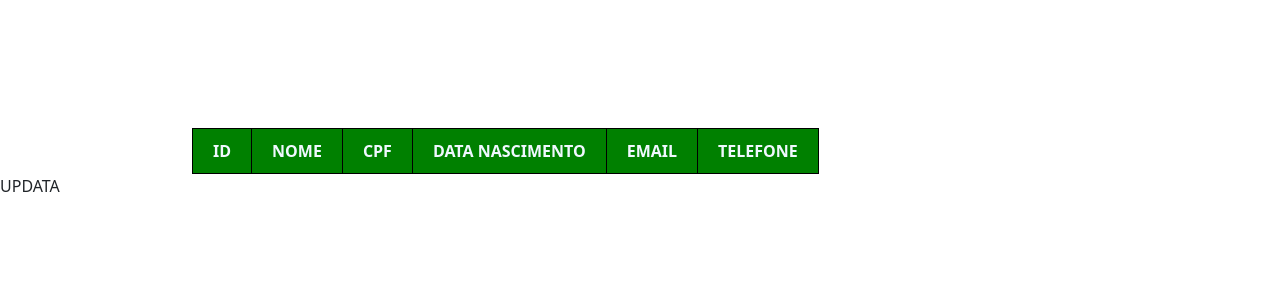
Repository: ujota/crud-cliente
Page: api-clientes/front/html/cliente.html
An editor plug-in stored every save of this project. The page is shown before and after the next save, followed by the edit.
The browser window is 1280 px wide. The pictures show the whole page.
The page's requests for data from a server got no answer.

Above is the page before, as saved 2022-10-03 19:21:38.

### api-clientes/front/html/cliente.html
<!DOCTYPE html>
<html lang="en">
<head>
    <meta charset="UTF-8">
    <meta http-equiv="X-UA-Compatible" content="IE=edge">
    <meta name="viewport" content="width=device-width, initial-scale=1.0">
    <title>Cliente</title>
    <link href="https://cdn.jsdelivr.net/npm/bootstrap@5.2.1/dist/css/bootstrap.min.css" rel="stylesheet" integrity="sha384-iYQeCzEYFbKjA/T2uDLTpkwGzCiq6soy8tYaI1GyVh/UjpbCx/TYkiZhlZB6+fzT" crossorigin="anonymous">
    <link rel="stylesheet" href="../css/cliente.css">
</head>
<body>
    <form action="#">
        <div id="body"></div>
		<div id="updata">UPDATA</div>
    </form>
</body>
    <script src="../scripts/cliente.js"></script>
    <script src="https://cdn.jsdelivr.net/npm/bootstrap@5.2.1/dist/js/bootstrap.bundle.min.js" integrity="sha384-u1OknCvxWvY5kfmNBILK2hRnQC3Pr17a+RTT6rIHI7NnikvbZlHgTPOOmMi466C8" crossorigin="anonymous"></script>
</html>

### api-clientes/front/css/cliente.css
table{
    margin-left:15%;
    margin-top: 10%;
    text-align: center;
    border-collapse: collapse;
    border-spacing: 0;
}
th{
    background-color: green;
    color: aliceblue;
}
th, td{
    text-transform: uppercase;
    border: 1px solid black;
    padding: 10px 20px;
}
td{
    background-color: azure;
}

### api-clientes/front/scripts/cliente.js
let table = document.createElement('table');


document.getElementById('body').appendChild(table);


let row_1 = document.createElement('tr');

let heading_1 = document.createElement('th');
heading_1.innerHTML = "ID";
let heading_2 = document.createElement('th');
heading_2.innerHTML = "Nome";
let heading_3 = document.createElement('th');
heading_3.innerHTML = "CPF";
let heading_4 = document.createElement('th');
heading_4.innerHTML = "Data Nascimento";
let heading_5 = document.createElement('th');
heading_5.innerHTML = "Email";
let heading_6 = document.createElement('th');
heading_6.innerHTML = "Telefone";

row_1.appendChild(heading_1);
row_1.appendChild(heading_2);
row_1.appendChild(heading_3);
row_1.appendChild(heading_4);
row_1.appendChild(heading_5);
row_1.appendChild(heading_6);
table.appendChild(row_1);

// let row_2 = document.createElement('tr');
// let row_2_data_1 = document.createElement('td');
// row_2_data_1.innerHTML = "1.";
// let row_2_data_2 = document.createElement('td');
// row_2_data_2.innerHTML = "João Pedro";
// let row_2_data_3 = document.createElement('td');
// row_2_data_3.innerHTML = "1997-01-31";
// let row_2_data_4 = document.createElement('td');
// row_2_data_4.innerHTML = "43495488820";
// let row_2_data_5 = document.createElement('td');
// row_2_data_5.innerHTML = "joao.silveerio@gmail.com";
// let row_2_data_6 = document.createElement('td');
// row_2_data_6.innerHTML = "11972247142";

// row_2.appendChild(row_2_data_1);
// row_2.appendChild(row_2_data_2);
// row_2.appendChild(row_2_data_3);
// row_2.appendChild(row_2_data_4);
// row_2.appendChild(row_2_data_5);
// row_2.appendChild(row_2_data_6);
// table.appendChild(row_2);







var my_headers = new Headers();
my_headers.append("Content-type", "application/json");


var requestOptions = {
	method: 'GET',
	headers: my_headers,
	redirect : 'follow'

};

fetch("http://localhost:8080/cliente",
requestOptions).then(reponse =>
    reponse.json())
	.then(result => {
        result.forEach((item, index, array)=>{
			let row_2 = document.createElement('tr');
			let row_2_data_1 = document.createElement('td');
			row_2_data_1.innerHTML = item["id"];
			let row_2_data_2 = document.createElement('td');
			row_2_data_2.innerHTML = item["nome"];
			let row_2_data_3 = document.createElement('td');
			row_2_data_3.innerHTML = item["cpf"];
			let row_2_data_4 = document.createElement('td');
			row_2_data_4.innerHTML = item["dataNascimento"];
			let row_2_data_5 = document.createElement('td');
			row_2_data_5.innerHTML = item["email"];
			let row_2_data_6 = document.createElement('td');
			row_2_data_6.innerHTML = item["telefone"];




			row_2.appendChild(row_2_data_1);
			row_2.appendChild(row_2_data_2);
			row_2.appendChild(row_2_data_3);
			row_2.appendChild(row_2_data_4);
			row_2.appendChild(row_2_data_5);
			row_2.appendChild(row_2_data_6);
			table.appendChild(row_2);

          })
		})
		.catch(error => alert(error))

After the next save:
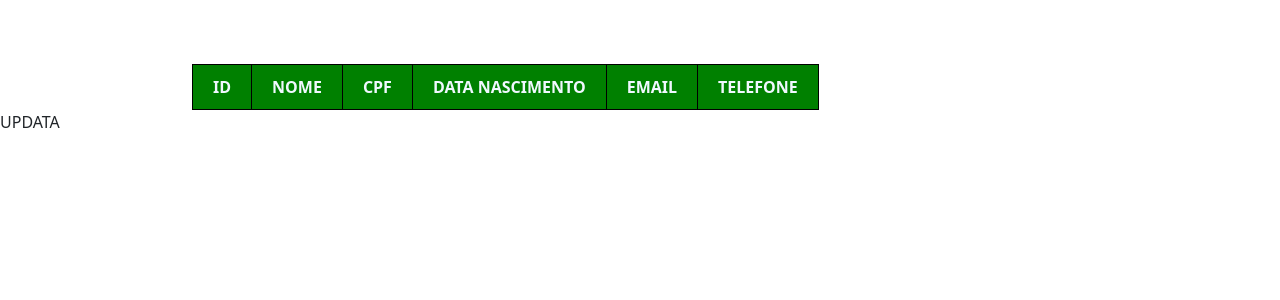
Saved 8 s later.
--- a/api-clientes/front/css/cliente.css
+++ b/api-clientes/front/css/cliente.css
@@ -1,6 +1,6 @@
 table{
     margin-left:15%;
-    margin-top: 10%;
+    margin-top:5%;
     text-align: center;
     border-collapse: collapse;
     border-spacing: 0;
